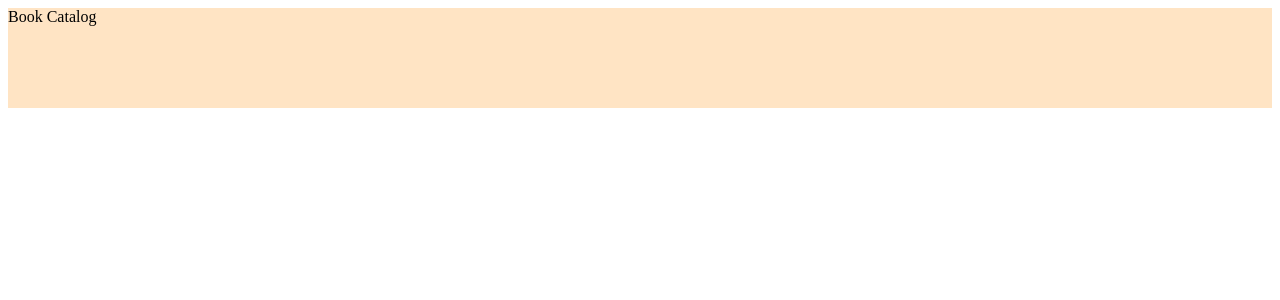
Repository: richelletiongson/comp3170_lab01
Page: /
The author's editor kept a copy of each file at every save. The page is drawn from the files as they stood at one save, then again after the next save.
The browser window is 1280 px wide. The pictures show the whole page.
The project was rebuilt for these pictures with package versions that can differ from the ones it lists, and the page was loaded fresh each time. Also part of the build but not shown: vite.config.js.

Above is the page before, as saved 2025-09-13 22:42:37.

### index.html
<!doctype html>
<html lang="en">
  <head>
    <meta charset="UTF-8" />
    <link rel="stylesheet" href="src/index.css"/>
    <meta name="viewport" content="width=device-width, initial-scale=1.0" />
    <title>Book Catalog</title>
  </head>
  <body>
    <div id="root"></div>
    <script type="module" src="/src/main.jsx"></script>
  </body>
</html>

### src/index.css
.header {
  background-color: bisque;
  height: 100px;
}

### src/main.jsx
import { StrictMode } from 'react'
import { createRoot } from 'react-dom/client'
import './index.css'
import App from './App.jsx'

createRoot(document.getElementById('root')).render(
  <StrictMode>
    <header className="header">Book Catalog</header>
    <App />
  </StrictMode>,
)

### src/App.jsx



function App() {


}

export default App

After the next save:
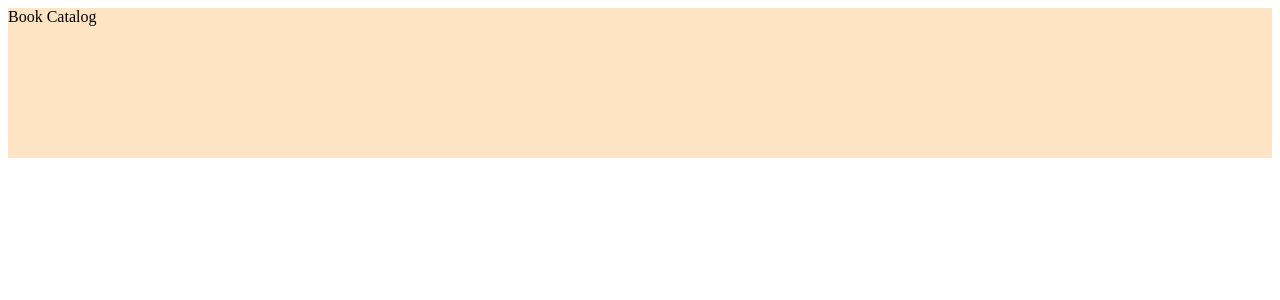
Saved 11 s later.
--- a/src/index.css
+++ b/src/index.css
@@ -1,4 +1,4 @@
 .header {
   background-color: bisque;
-  height: 100px;
+  height: 150px;
 }
